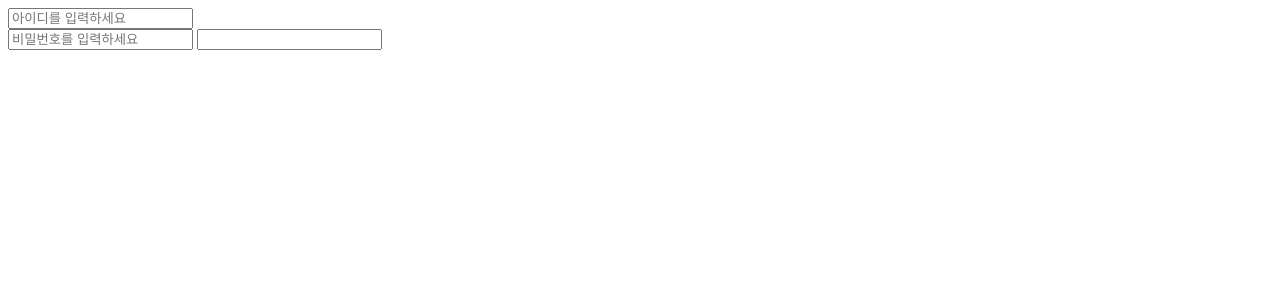
Repository: rmh6363/javastudy
Page: HelloWorld/WebContent/c.html
These files come from the project's save history. The page is drawn as it stood at one moment and after the next save; the edit follows.
The browser window is 1280 px wide. The pictures show the whole page.

Above is the page before, as saved 2020-12-04 05:51:44.

After the next save:
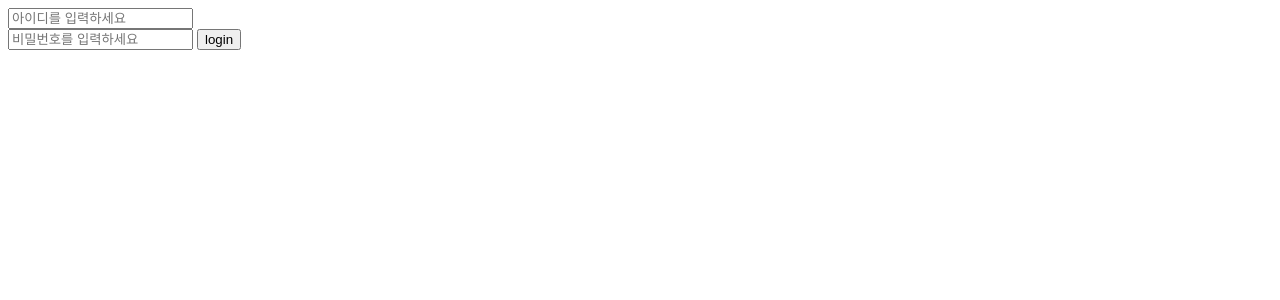
Saved 13 min 23 s later.
--- a/HelloWorld/WebContent/c.html
+++ b/HelloWorld/WebContent/c.html
@@ -6,10 +6,12 @@
 </head>
 <body>
 <form action="a.html">
+
    <input name = "id" placeholder="아이디를 입력하세요">
    <br>
    <input name = "pw" placeholder="비밀번호를 입력하세요">
-   <input type="로그인" style="ㅇ">
+   <button>login</button>
+
 
 
 
